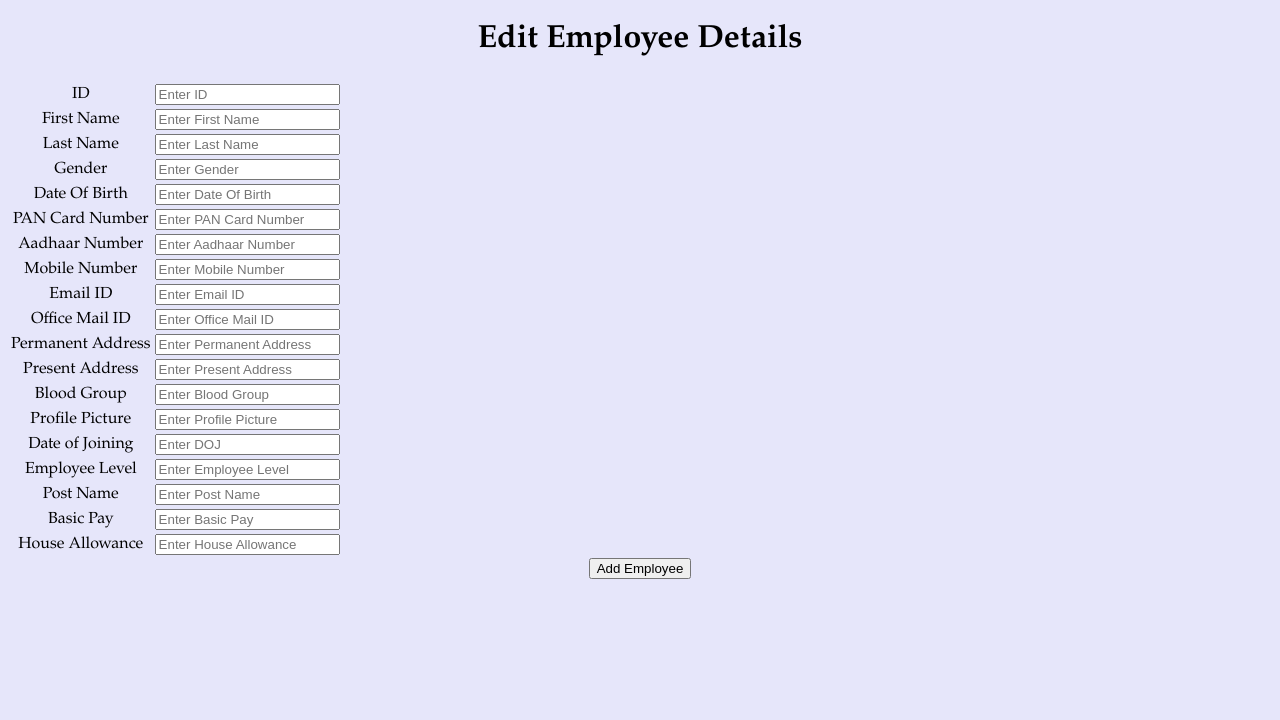
Repository: P9-Analyst-Java/employee-management-abhishekdatta12
Page: http://localhost/spring-expense-tracker/WEB-INF/views/employee.jsp
An editor plug-in stored every save of this project. The page is shown before and after the next save, followed by the edit.
The browser window is 1280 px wide. The pictures show the whole page.
The page is served by Tomcat 10. Nobody is signed in. The template is opened directly, without the code that normally fills it, so the values that code supplies are empty.

Above is the page before, as saved 2023-02-22 08:57:43.

After the next save:
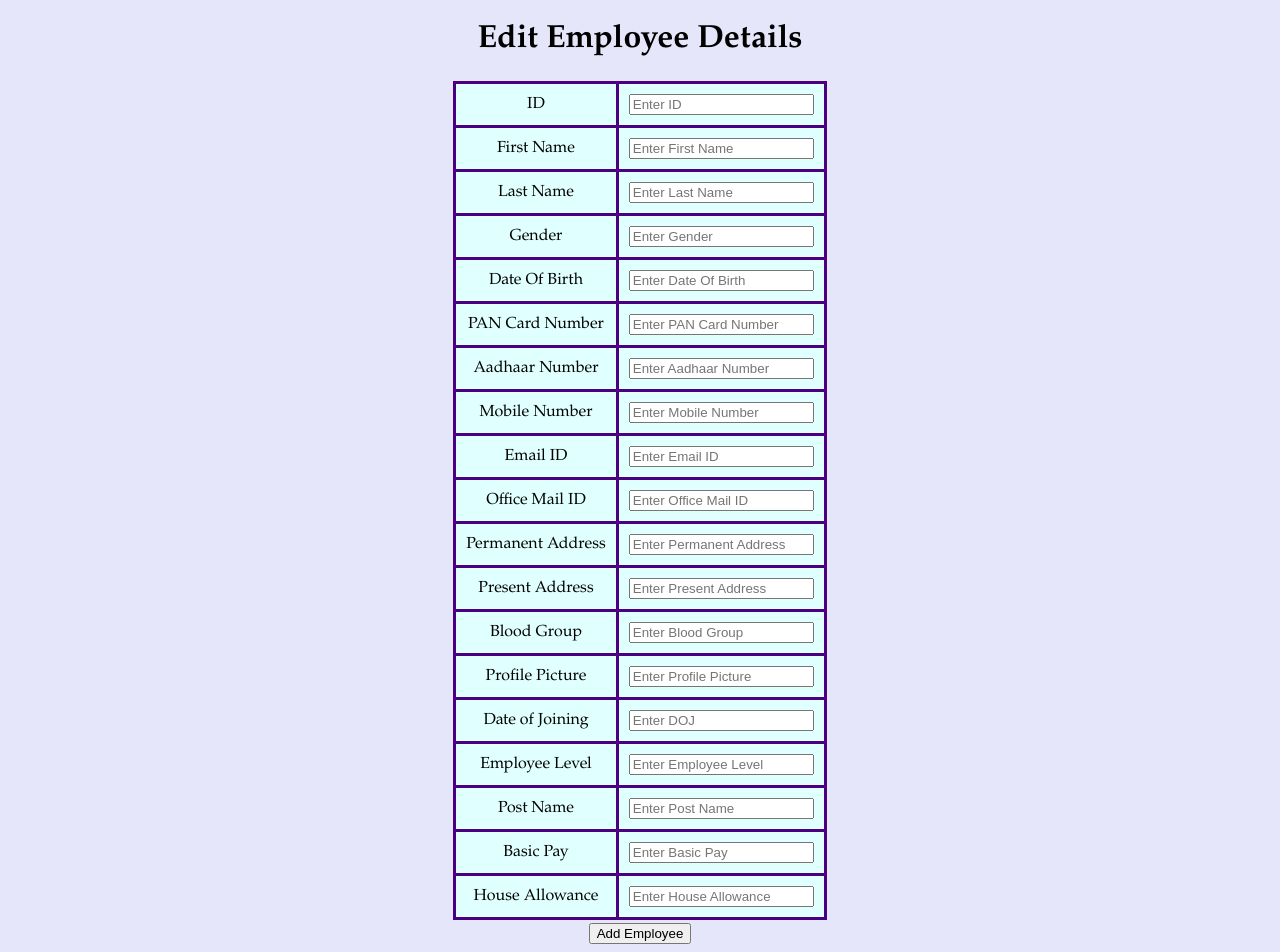
Saved 63 s later.
--- a/spring-portal/spring-expense-tracker/src/main/webapp/WEB-INF/views/employee.jsp
+++ b/spring-portal/spring-expense-tracker/src/main/webapp/WEB-INF/views/employee.jsp
@@ -12,6 +12,33 @@ body{
 	font-size: 16px;
 	text-align: center;
 	background-color: lavender;
+}
+div{
+	margin-left: auto;
+  	margin-right: auto;
+  	width: 200px;
+  	align-items: center;
+  	font-size: 20px;
+
+}
+table, th, td{
+	text-align: center;
+	border: 3px solid indigo;
+	border-collapse: collapse;
+	padding: 3px;
+	margin: 3px;
+}
+table{
+	margin-left: auto;
+  	margin-right: auto;
+  	background-color: lavenderblush;
+}
+td{
+text-align: center;
+background-color: lightcyan;
+}
+th, td{
+	padding: 10px;
 }
 </style>
 <meta charset="ISO-8859-1">
